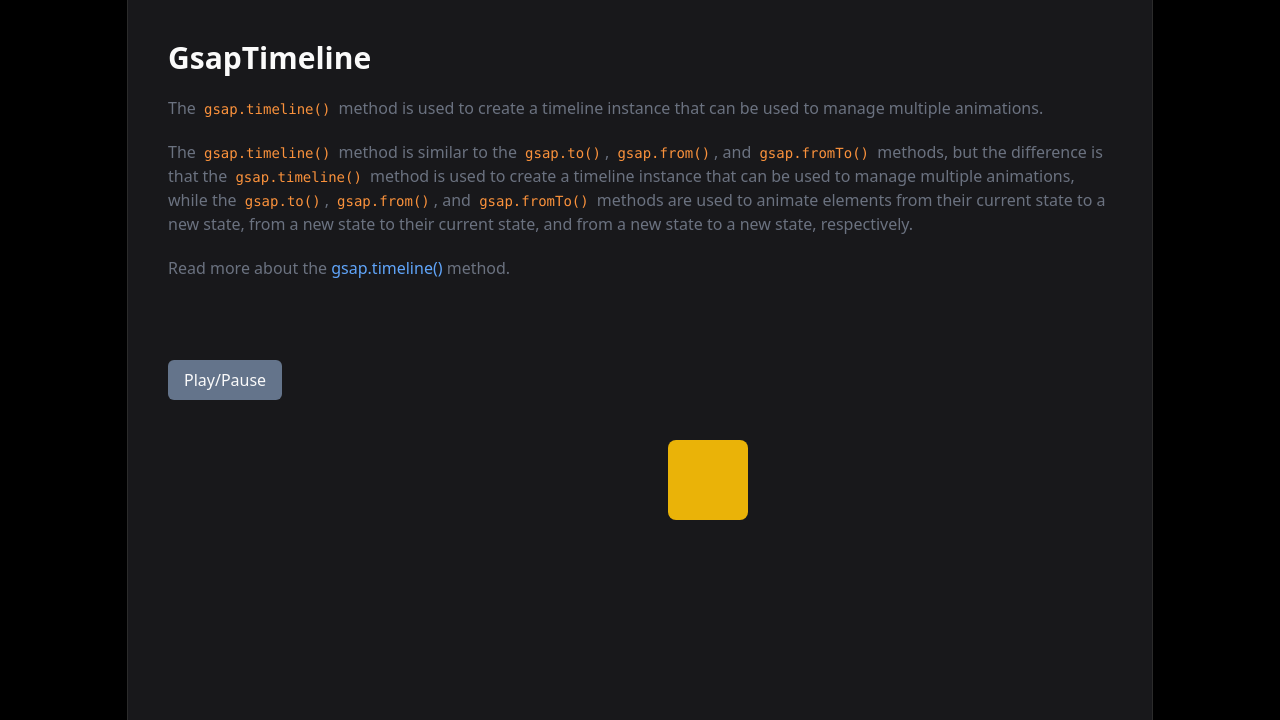
Repository: mgoyeghiaian/gsap-Starter
Page: /gsaptimeline
The author's editor kept a copy of each file at every save. The page is drawn from the files as they stood at one save, then again after a run of saves.
The browser window is 1280 px wide. The pictures show the whole page.
The project was rebuilt for these pictures with package versions that can differ from the ones it lists, and the page was loaded fresh each time. Also part of the build but not shown: vite.config.js, src/pages/Home.jsx, src/pages/GsapTo.jsx, src/pages/GsapFrom.jsx, src/pages/GsapFromTo.jsx, src/pages/GsapStagger.jsx, src/pages/GsapScrollTrigger.jsx, src/pages/GsapText.jsx.

Above is the page before, as saved 2024-03-17 23:40:13.

### src/pages/GsapTimeline.jsx
import { useGSAP } from "@gsap/react";
import gsap from "gsap";

const GsapTimeline = () => {
  // TODO: Implement the gsap timeline
  const timeline = gsap.timeline({
    repeat: -1, repeatDelay: 1, yoyo: true,
  })
  useGSAP(() => {
    timeline.to('#yellow-box', {
      x: 250,
      rotation: 360,
      borderRadius: '100%',
      duration: 2,
      ease: 'back.inOut',
    })
    timeline.to('#yellow-box', {
      x: 500,
      rotation: 360,
      borderRadius: '8px',
      duration: 2,
      scale: 1,
      ease: 'back.inOut',
    })
    timeline.to('#yellow-box', {
      x: 500,
      rotation: 360,
      borderRadius: '8px',
      duration: 2,
      scale: 1,
      ease: 'back.inOut',
    })
  }, [])
  return (
    <main>
      <h1>GsapTimeline</h1>

      <p className="mt-5 text-gray-500">
        The <code>gsap.timeline()</code> method is used to create a timeline
        instance that can be used to manage multiple animations.
      </p>

      <p className="mt-5 text-gray-500">
        The <code>gsap.timeline()</code> method is similar to the{" "}
        <code>gsap.to()</code>, <code>gsap.from()</code>, and{" "}
        <code>gsap.fromTo()</code> methods, but the difference is that the{" "}
        <code>gsap.timeline()</code> method is used to create a timeline
        instance that can be used to manage multiple animations, while the{" "}
        <code>gsap.to()</code>, <code>gsap.from()</code>, and{" "}
        <code>gsap.fromTo()</code> methods are used to animate elements from
        their current state to a new state, from a new state to their current
        state, and from a new state to a new state, respectively.
      </p>

      <p className="mt-5 text-gray-500">
        Read more about the{" "}
        <a
          href="https://greensock.com/docs/v3/GSAP/gsap.timeline()"
          target="_blank"
          rel="noreferrer noopener nofollow"
        >
          gsap.timeline()
        </a>{" "}
        method.
      </p>

      <div className="mt-20 space-y-10">
        <button onClick={() => { }}>Play/Pause</button>

        <div id="yellow-box" className="w-20 h-20 bg-yellow-500 rounded-lg" />
      </div>
    </main>
  );
};

export default GsapTimeline;

Loaded but not shown: index.html (common file); src/main.jsx (common file); src/App.jsx (common file); src/index.css (common file); src/pages/index.jsx (common file); tailwind.config.js (common file)

After the next 2 saves:
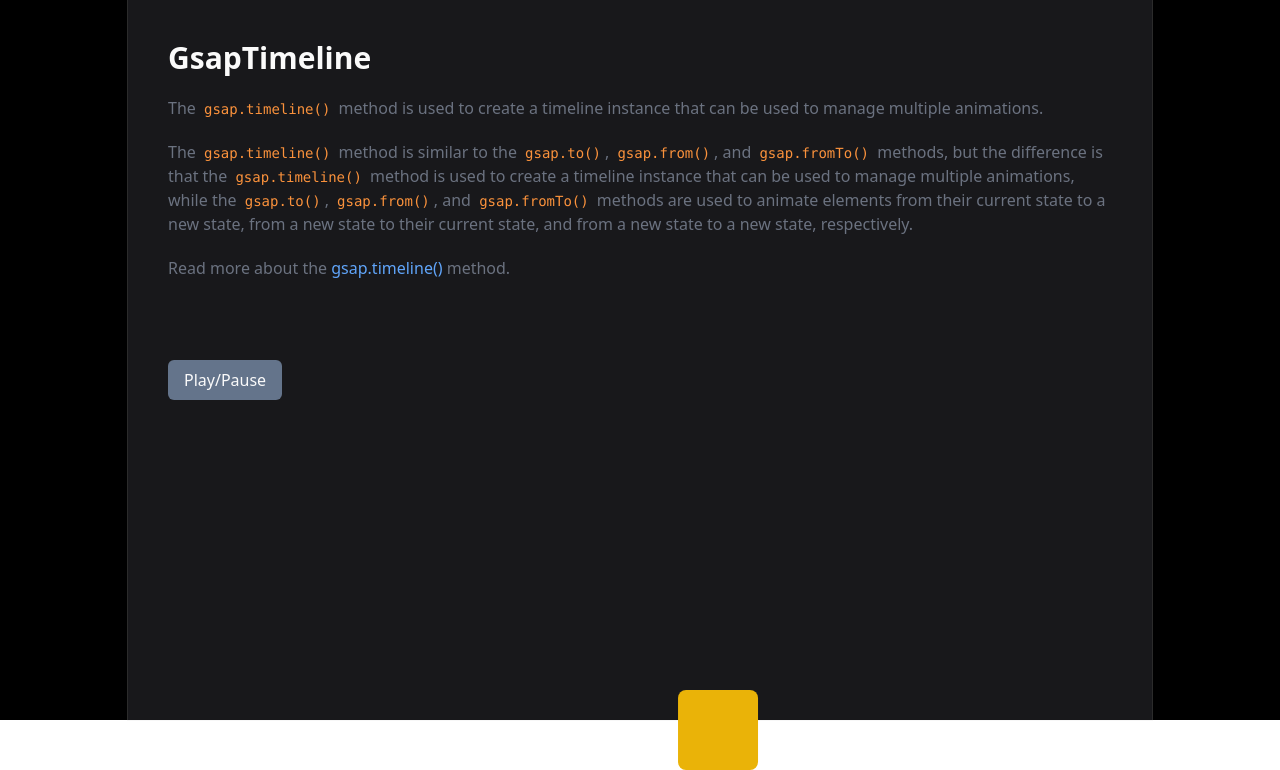
The 2 saves are shown as one change because they came seconds apart.
The last was saved 10 s later.
--- a/src/pages/GsapTimeline.jsx
+++ b/src/pages/GsapTimeline.jsx
@@ -15,7 +15,7 @@
       ease: 'back.inOut',
     })
     timeline.to('#yellow-box', {
-      x: 500,
+      y: 250,
       rotation: 360,
       borderRadius: '8px',
       duration: 2,
